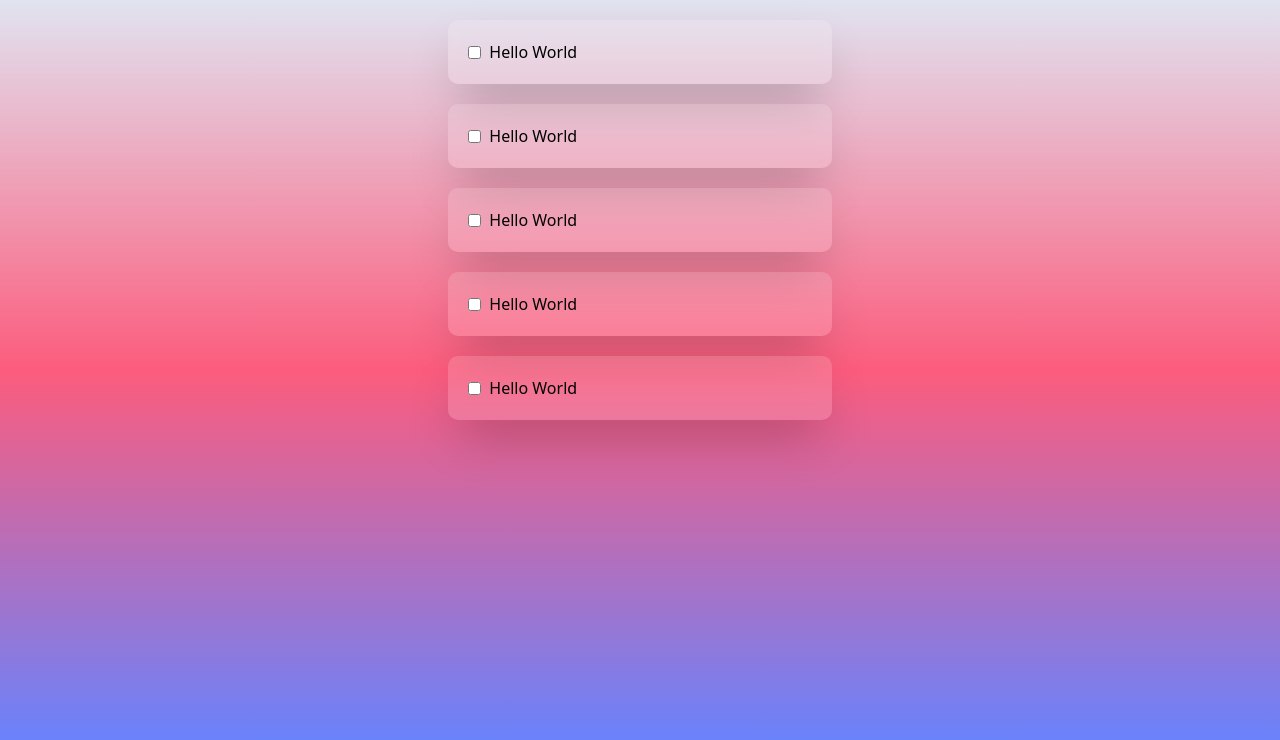
Repository: latenightsnacc/Checked
Page: /
An editor plug-in stored every save of this project. The page is shown before and after the next save, followed by the edit.
The browser window is 1280 px wide. The pictures show the whole page.
The project was rebuilt for these pictures with package versions that can differ from the ones it lists, and the page was loaded fresh each time. Also part of the build but not shown: craco.config.js.

Above is the page before, as saved 2020-12-19 13:12:24.

### src/index.css
/* @tailwind base;
@tailwind components;
@tailwind utilities; */

@import "tailwindcss/base";

@import "tailwindcss/components";

@import "tailwindcss/utilities";
body {
    background: #FC5C7D;  /* fallback for old browsers */
    background: -webkit-linear-gradient(to bottom,#e1e3f0, #FC5C7D,#6A82FB );  /* Chrome 10-25, Safari 5.1-6 */
    background: linear-gradient(to bottom, #e1e3f0, #FC5C7D, #6A82FB); /* W3C, IE 10+/ Edge, Firefox 16+, Chrome 26+, Opera 12+, Safari 7+ */
    background-repeat: no-repeat;
    width: 100%;
    min-height: 100vh;
    overflow-x: hidden;

}

.blur {
    background: rgba(255, 255, 255, 0.15);
    backdrop-filter: blur(4px);
    -webkit-backdrop-filter: blur(4px);
    border-radius: 10px;

  }

.blur:hover {
    border: 1px solid rgba(255, 255, 255, 0.15);
}

### src/App.js
import ToDoTask from './components/ToDoTask'
import todo from './todolist'
import React, {Component} from 'react'

class App extends Component {


  render(){
    const toDoList = todo.map(task => <ToDoTask key={task.id} item={task} />)

    return (
      <div className="mx-auto">

        <div className="container">
          {toDoList}
        </div>

      </div>
    );
  }
}

export default App;

### src/components/ToDoTask.js
import React, { Component } from "react"

class ToDoTask extends Component {

    render() {
        return (
            <>
                <div className="max-w-sm blur shadow-2xl mx-auto mt-5 h-auto flex items-center p-5">
                    <input type="checkbox"/>
                    <p>&nbsp; Hello World</p>
                </div>
            </>
        )
    }
}

export default ToDoTask

Loaded but not shown: public/index.html (common file); src/index.js (common file); src/reportWebVitals.js (common file); src/todolist.js (common file); tailwind.config.js (common file)

After the next save:
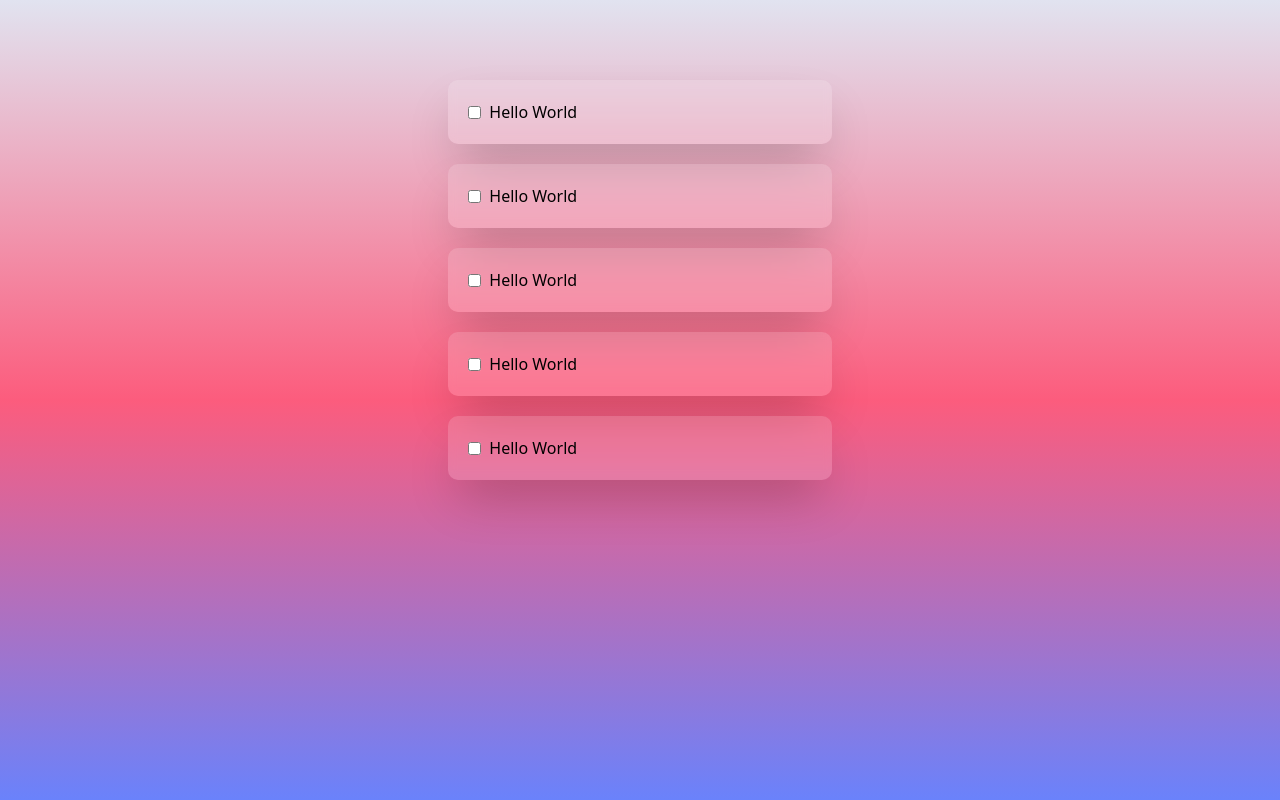
Saved 24 s later.
--- a/src/App.js
+++ b/src/App.js
@@ -11,7 +11,7 @@ class App extends Component {
     return (
       <div className="mx-auto">
 
-        <div className="container">
+        <div className="container mt-20">
           {toDoList}
         </div>
 
